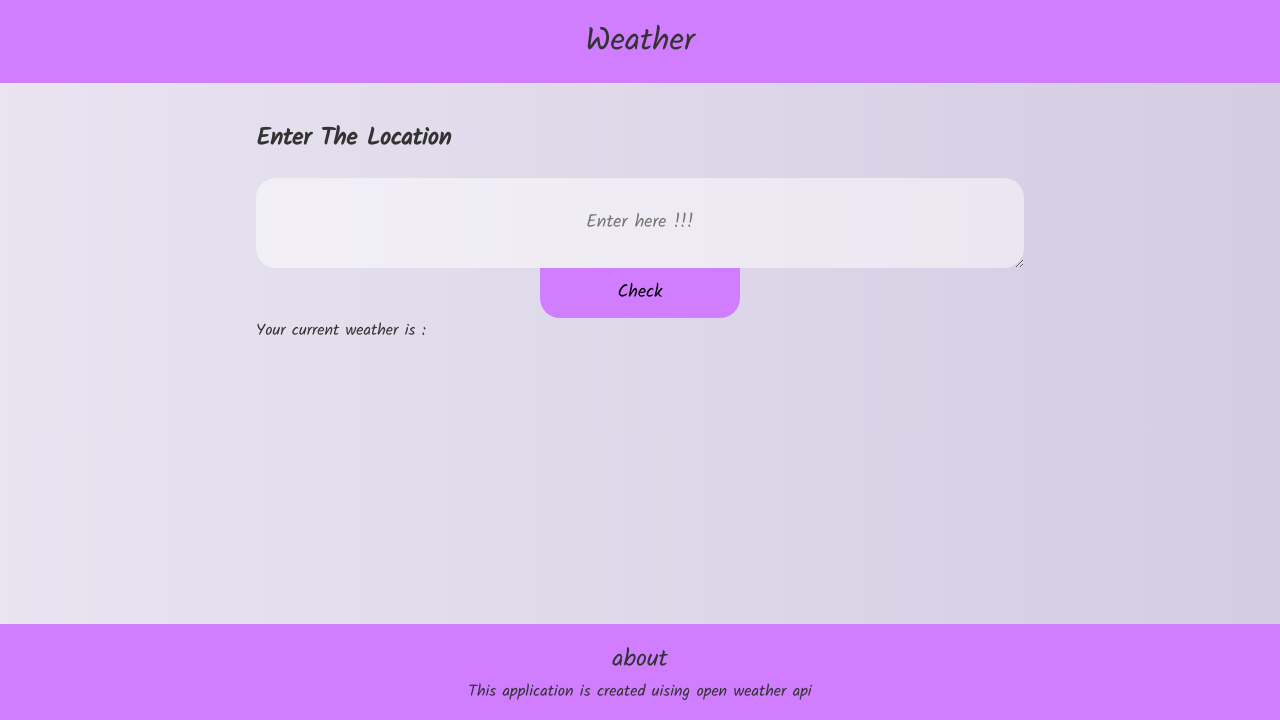
Repository: Irfan-vit/openapi
Page: index.html
An editor plug-in stored every save of this project. The page is shown before and after the next save, followed by the edit.
The browser window is 1280 px wide. The pictures show the whole page.

Above is the page before, as saved 2021-05-28 00:02:47.

After the next save:
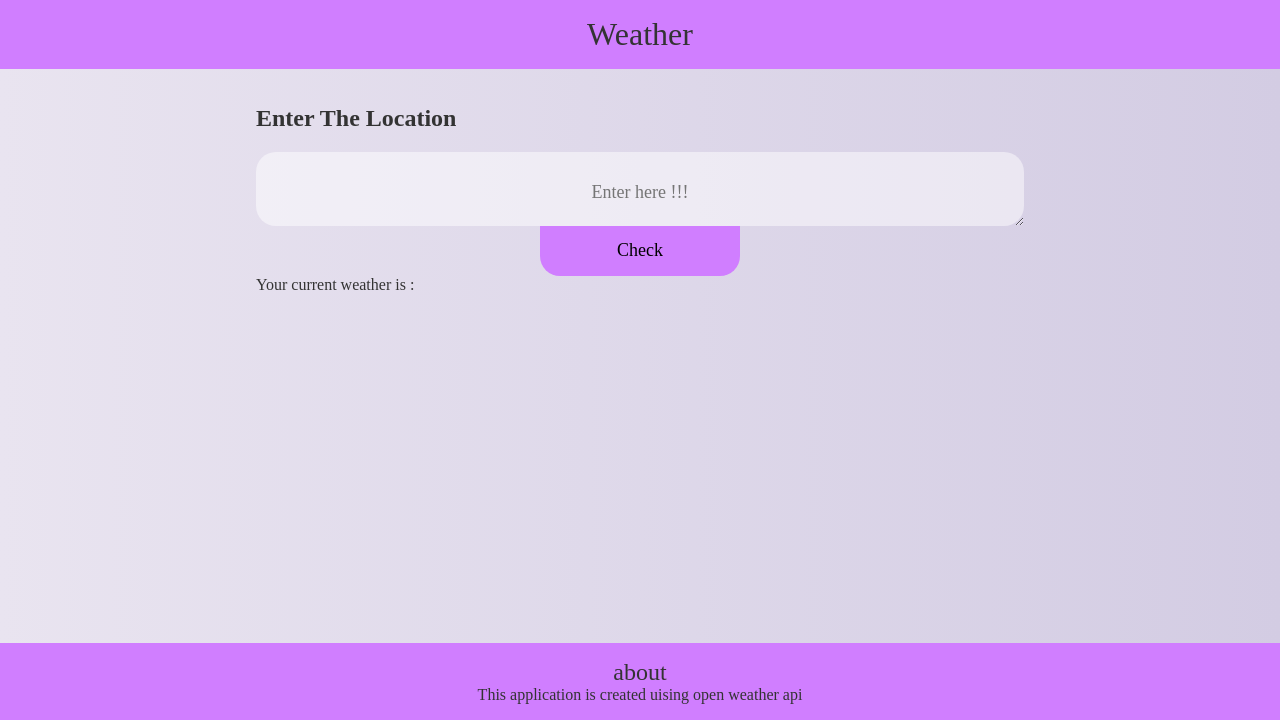
Saved 23 h 42 min later.
--- a/style.css
+++ b/style.css
@@ -1,4 +1,4 @@
-@import url('https://fonts.googleapis.com/css2?family=Kalam&display=swap');
+/* @import url('https://fonts.googleapis.com/css2?family=Kalam&display=swap'); */
 
 * {
     box-sizing: border-box;
